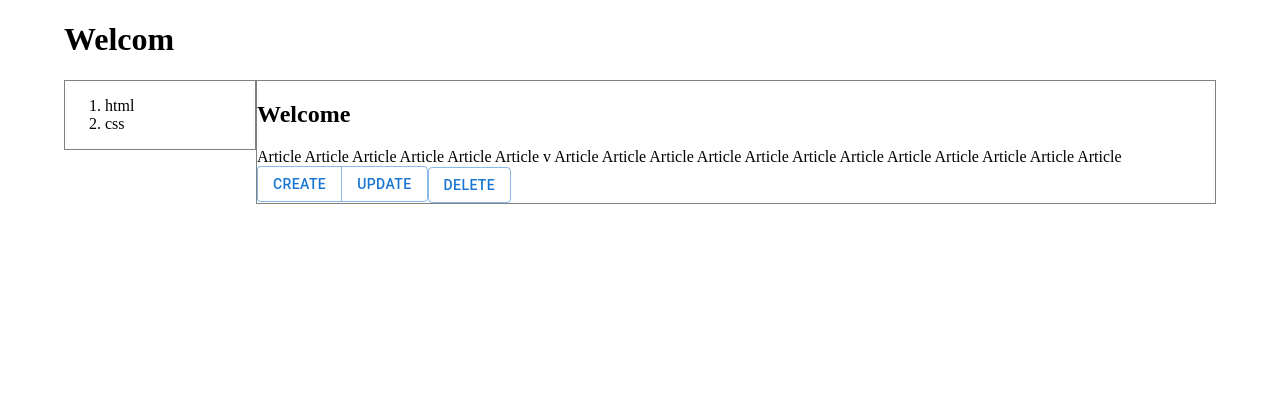
Repository: chlwpdnswku/nextjsportpolioclone
Page: /
The author's editor kept a copy of each file at every save. The page is drawn from the files as they stood at one save, then again after the next save.
The browser window is 1280 px wide. The pictures show the whole page.
The project was rebuilt for these pictures with package versions that can differ from the ones it lists, and the page was loaded fresh each time. The framework's server and built-in components were replaced by stand-ins that run in the browser. Also part of the build but not shown: next.config.js.

Above is the page before, as saved 2022-08-05 16:16:07.

### pages/index.tsx
import type { NextPage } from 'next';
import Head from 'next/head';
import Image from 'next/image';
import styles from '../styles/Home.module.css';
import Button from '@mui/material/Button';
import ButtonGroup from '@mui/material/ButtonGroup';
import Container from '@mui/material/Container';
import Grid from '@mui/material/Grid';
import Dialog from '@mui/material/Dialog';

const Home: NextPage = () => {
  return (
    <Container fixed>
      <Header></Header>
      {/* 자신의 컨탠츠 크기만큼 가지게 된다 Grid */}
      <Grid container>
        <Grid item xs={2}>
          <Nav></Nav>
        </Grid>
        <Grid item xs={10}>
          <Article></Article>
        </Grid>
      </Grid>
    </Container>
  );
};
function Header() {
  return (
    <header>
      <h1>Welcom</h1>
    </header>
  );
}

function Nav() {
  return (
    <nav style={{ border: '1px solid gray' }}>
      <ol>
        <li>html</li>
        <li>css</li>
      </ol>
    </nav>
  );
}

function Article() {
  return (
    <article style={{ border: '1px solid gray' }}>
      <h2>Welcome</h2>
      Article Article Article Article Article Article v Article Article Article
      Article Article Article Article Article Article Article Article Article
      <br />
      <ButtonGroup>
        {' '}
        <Button variant='outlined'>Create</Button>
        <Button variant='outlined'>Update</Button>
      </ButtonGroup>
      <Button variant='outlined'>Delete</Button>
      <Dialog open={false}>hi</Dialog>
    </article>
  );
}
export default Home;

Loaded but not shown: pages/_app.tsx (common file); styles/globals.css (no stored copy; drawn as an empty file)

After the next save:
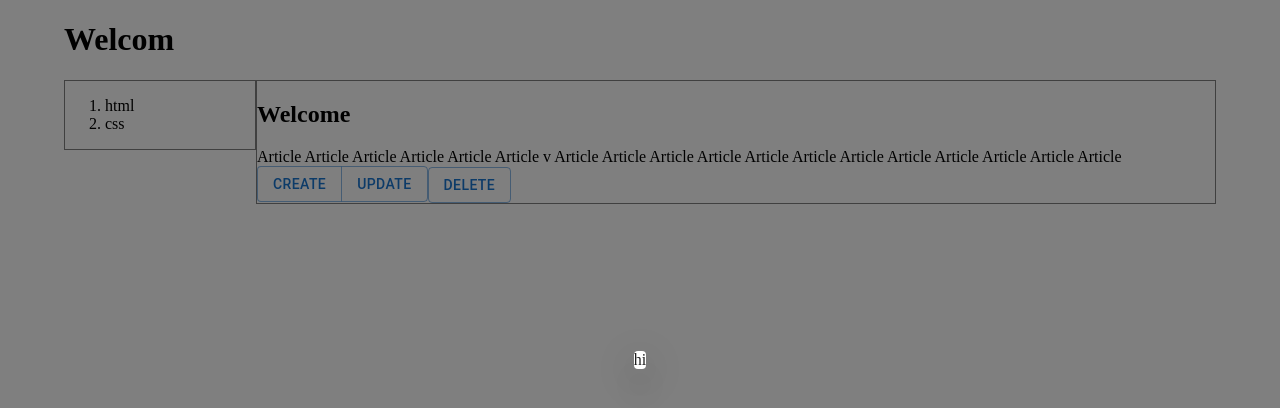
Saved 12 s later.
--- a/pages/index.tsx
+++ b/pages/index.tsx
@@ -56,7 +56,7 @@ function Article() {
         <Button variant='outlined'>Update</Button>
       </ButtonGroup>
       <Button variant='outlined'>Delete</Button>
-      <Dialog open={false}>hi</Dialog>
+      <Dialog open={true}>hi</Dialog>
     </article>
   );
 }
